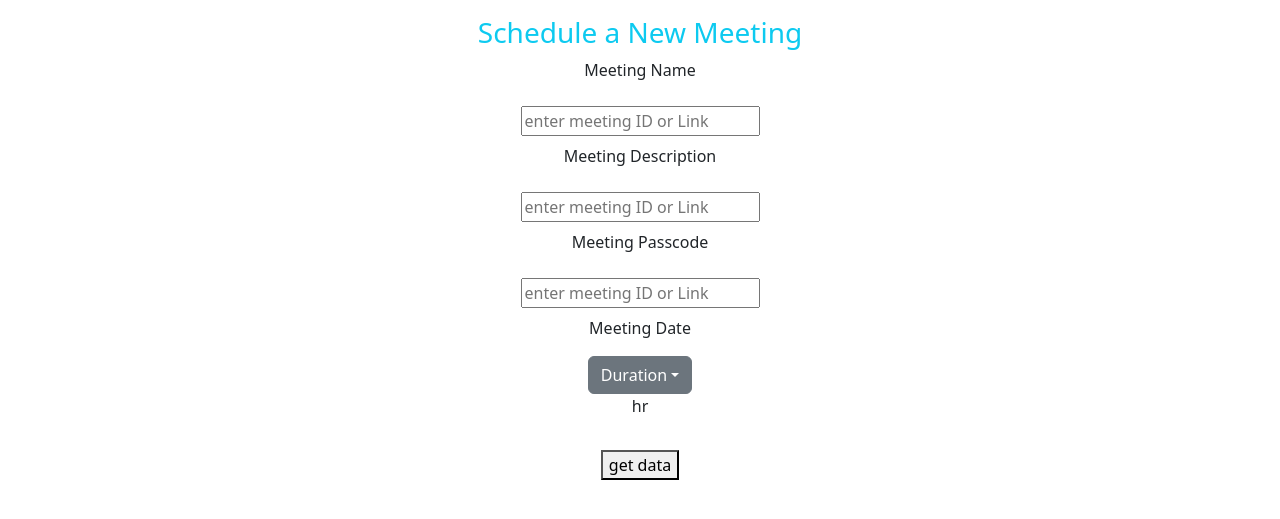
Repository: sreech465/myexam
Page: /smeet
These files come from the project's save history. The page is drawn as it stood at one moment and after the next save; the edit follows.
The browser window is 1280 px wide. The pictures show the whole page.
The project was rebuilt for these pictures with package versions that can differ from the ones it lists, and the page was loaded fresh each time. Also part of the build but not shown: src/Details.js, src/Jmeet.js, src/Joinmeet.js.

Above is the page before, as saved 2023-01-14 16:37:22.

After the next save:
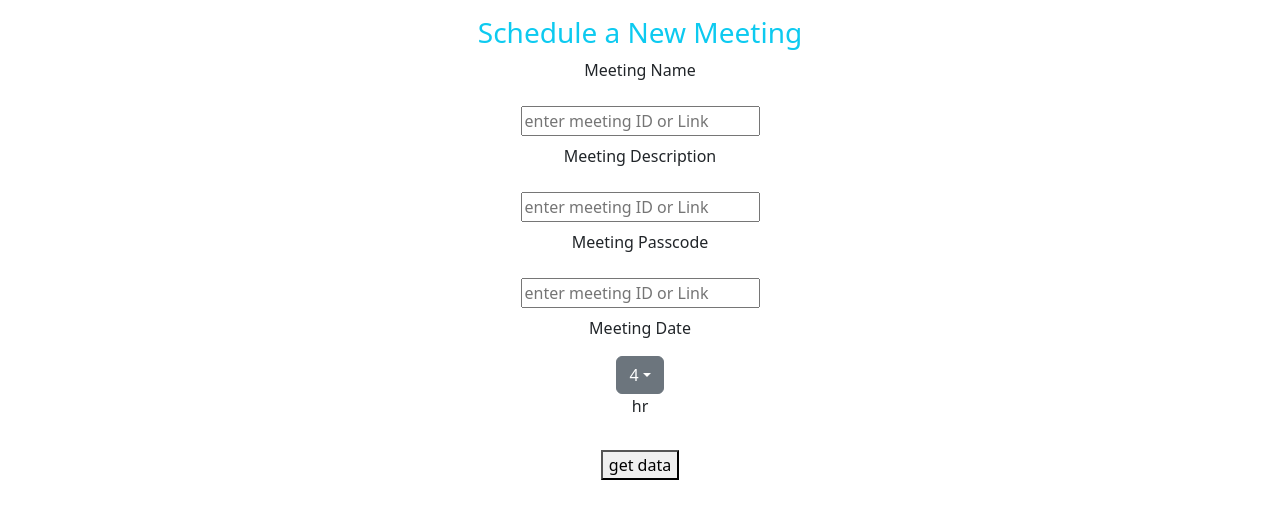
Saved 61 s later.
--- a/src/Smeet.js
+++ b/src/Smeet.js
@@ -72,7 +72,7 @@ const Smeet = () => {
             aria-haspopup="true"
             aria-expanded="false"
           >
-            Duration
+            4
           </button>
           <p>hr</p>
           <div class="dropdown-menu" aria-labelledby="dropdownMenuButton">
